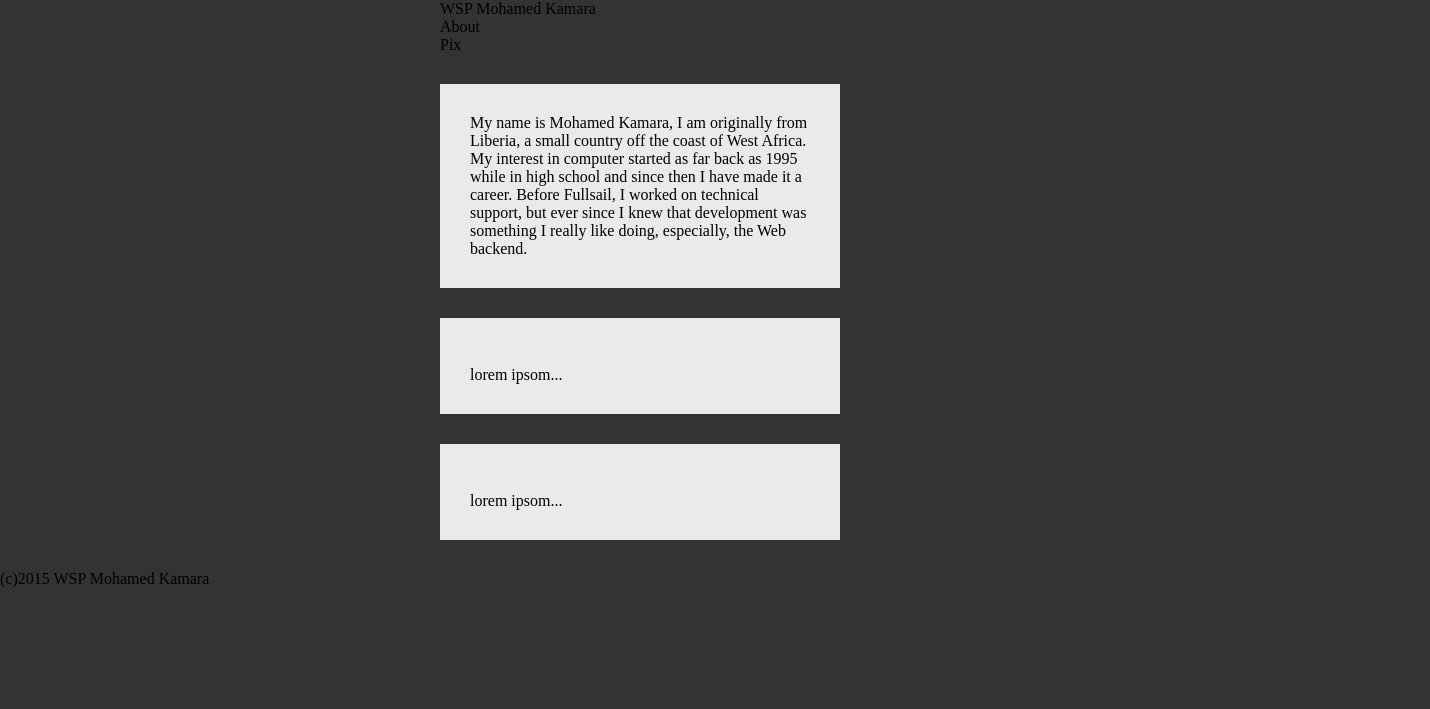
Repository: makamara/WSP_Project
Page: wsp/index.html
These files come from the project's save history. The page is drawn as it stood at one moment and after the next save; the edit follows.
The browser window is 1280 px wide. The page is 1280 px wide, then 1430 px, so the pictures cover 1430 px, including what lies to the right of the window. The pictures show the whole page.

Above is the page before, as saved 2015-09-15 04:51:39.

After the next save:
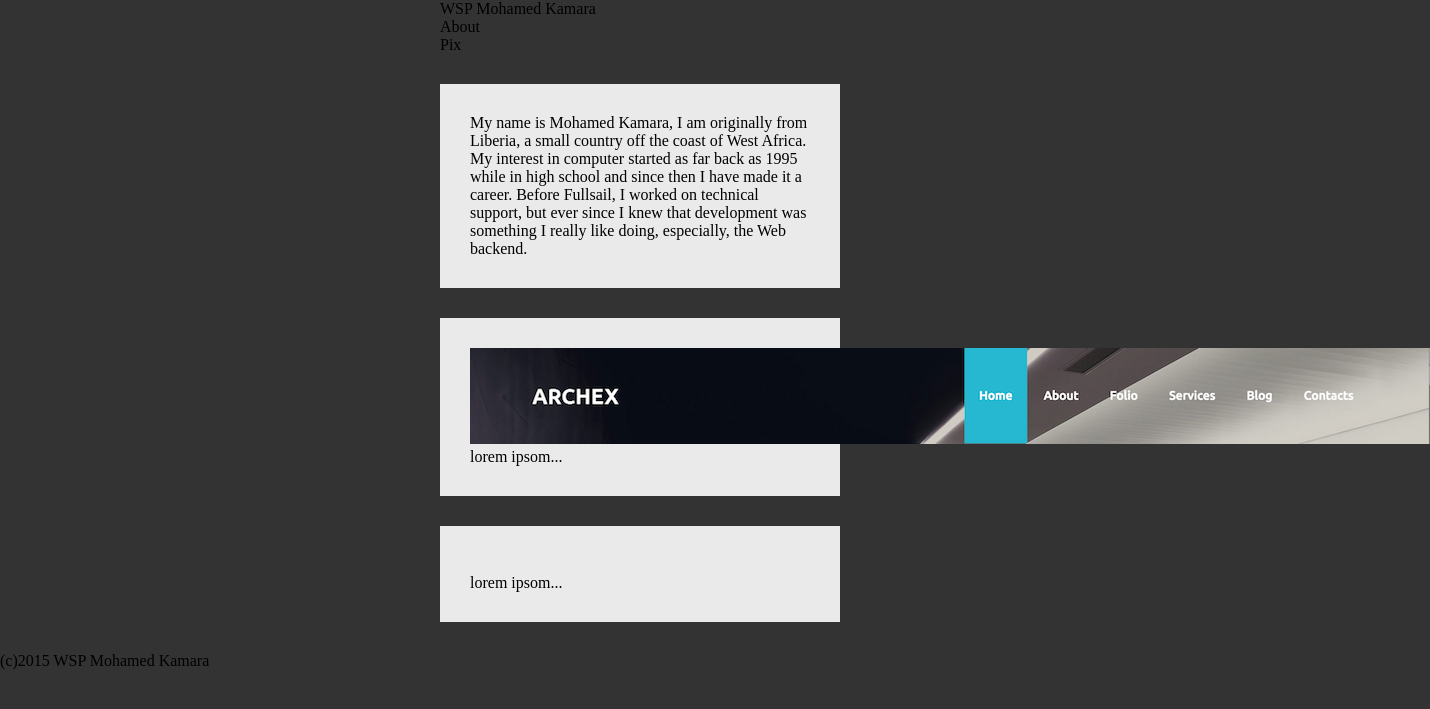
Saved 10 min 52 s later.
--- a/wsp/index.html
+++ b/wsp/index.html
@@ -18,9 +18,10 @@
 		<h3>About</h3>
 		<div class="image">Pix</div>
 		<article>
-		My name is Mohamed Kamara, I am originally from Liberia, a small country off the coast of West Africa. My interest in computer
+		<p>My name is Mohamed Kamara, I am originally from Liberia, a small country off the coast of West Africa. My interest in computer
 		started as far back as 1995 while in high school and since then I have made it a career. Before Fullsail, I worked on technical
 		support, but ever since I knew that development was something I really like doing, especially, the Web backend.
+		</p>
 		</article>
 	</section>
 
@@ -28,7 +29,8 @@
 	<section>
 
 		<article>
-			<img src="" alt="" />
+
+			<img src="images/header.png" alt="" />
 			<p>lorem ipsom...</p>
 		</article>
 
